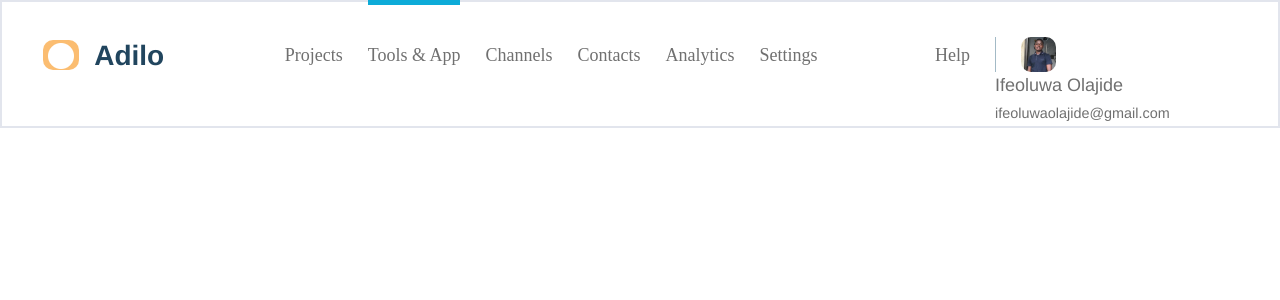
Repository: olhighjay/video_recorder
Page: /
An editor plug-in stored every save of this project. The page is shown before and after the next save, followed by the edit.
The browser window is 1280 px wide. The pictures show the whole page.
Some web libraries are served in a nearby version. The project was rebuilt for these pictures with package versions that can differ from the ones it lists, and the page was loaded fresh each time. Also part of the build but not shown: vue.config.js.

Above is the page before, as saved 2022-07-28 16:19:43.

After the next save:
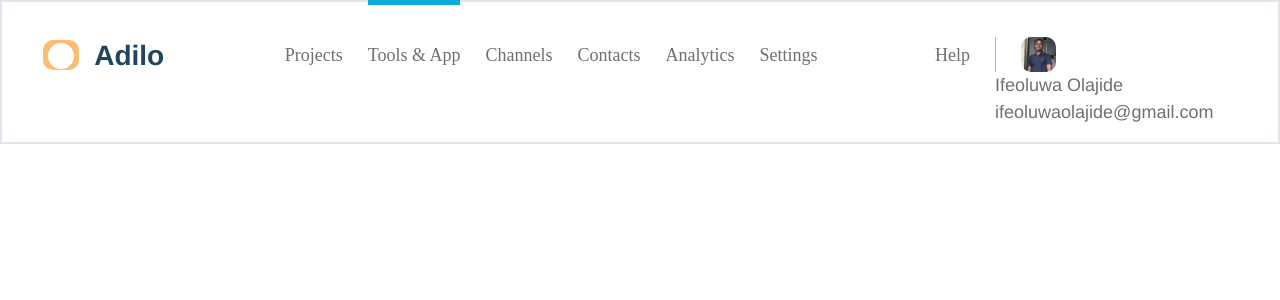
Saved 18 s later.
--- a/src/App.vue
+++ b/src/App.vue
@@ -32,7 +32,7 @@
           </div>
           <div>
             <span>Ifeoluwa Olajide </span>
-            <small>ifeoluwaolajide@gmail.com</small>
+            <p>ifeoluwaolajide@gmail.com</p>
           </div>
         </div>
       </div>
